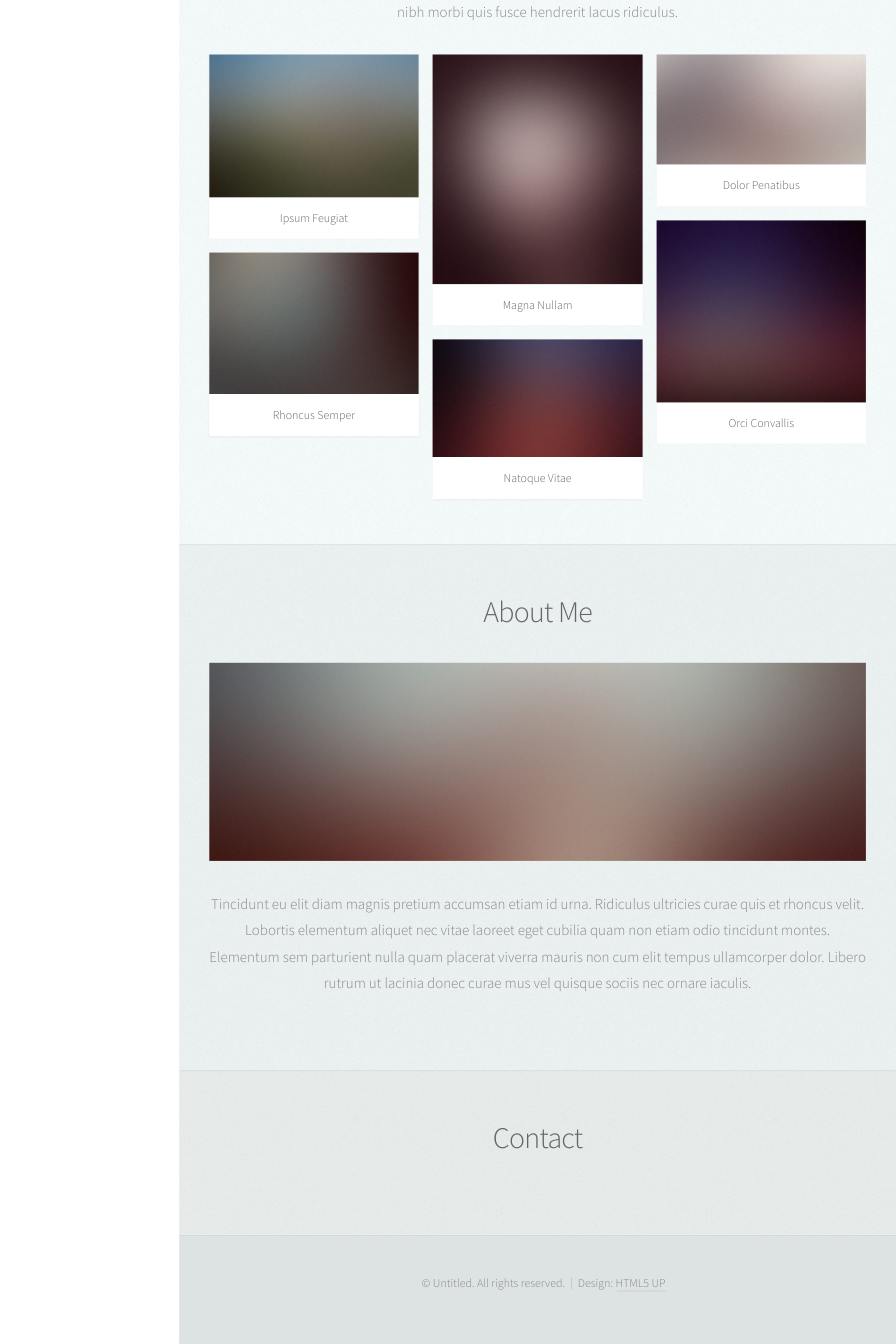
Repository: IslamInjila/new_portfolio
Page: index.html
These files come from the project's save history. The page is drawn as it stood at one moment and after the next save; the edit follows.
The browser window is 1280 px wide. The pictures show the part of the page from y = 797 to 2717 px (the page is 2717 px tall before and 2715 px after), at 70% of full size.

Above is the page before, as saved 2021-03-06 14:08:15.

### index.html
<!DOCTYPE HTML>
<!--
	Prologue by HTML5 UP
	html5up.net | @ajlkn
	Free for personal and commercial use under the CCA 3.0 license (html5up.net/license)
-->
<html>
	<head>
		<title>Prologue by HTML5 UP</title>
		<meta charset="utf-8" />
		<meta name="viewport" content="width=device-width, initial-scale=1, user-scalable=no" />
		<link rel="stylesheet" href="assets/css/main.css" />
	</head>
	<body class="is-preload">

		<!-- Header -->
			<div id="header">

				<div class="top">

					<!-- Logo -->
						<div id="logo">
							<span class="image avatar48"><img src="images/avatar.jpg" alt="" /></span>
							<h1 id="title">Injila Islam</h1>
							<p>Hyperspace Engineer</p>
						</div>

					<!-- Nav -->
						<nav id="nav">
							<ul>
								<li><a href="#top" id="top-link"><span class="icon solid fa-home">Intro</span></a></li>
								<li><a href="#portfolio" id="portfolio-link"><span class="icon solid fa-th">Portfolio</span></a></li>
								<li><a href="#about" id="about-link"><span class="icon solid fa-user">About Me</span></a></li>
								<li><a href="#contact" id="contact-link"><span class="icon solid fa-envelope">Contact</span></a></li>
							</ul>
						</nav>

				</div>

				<div class="bottom">

					<!-- Social Icons -->
						<ul class="icons">
							<li><a href="#" class="icon brands fa-twitter"><span class="label">Twitter</span></a></li>
							<li><a href="#" class="icon brands fa-facebook-f"><span class="label">Facebook</span></a></li>
							<li><a href="#" class="icon brands fa-github"><span class="label">Github</span></a></li>
							<li><a href="#" class="icon brands fa-dribbble"><span class="label">Dribbble</span></a></li>
							<li><a href="#" class="icon solid fa-envelope"><span class="label">Email</span></a></li>
						</ul>

				</div>

			</div>

		<!-- Main -->
			<div id="main">

				<!-- Intro -->
					<section id="top" class="one dark cover">
						<div class="container">

							<header>
								<h2 class="alt">Hi! I'm <strong>Prologue</strong>, a <a href="http://html5up.net/license">free</a> responsive<br />
								site template designed by <a href="http://html5up.net">HTML5 UP</a>.</h2>
								<p>Ligula scelerisque justo sem accumsan diam quis<br />
								vitae natoque dictum sollicitudin elementum.</p>
							</header>

							<footer>
								<a href="#portfolio" class="button scrolly">Magna Aliquam</a>
							</footer>

						</div>
					</section>

				<!-- Portfolio -->
					<section id="portfolio" class="two">
						<div class="container">

							<header>
								<h2>Portfolio</h2>
							</header>

							<p>Vitae natoque dictum etiam semper magnis enim feugiat convallis convallis
							egestas rhoncus ridiculus in quis risus amet curabitur tempor orci penatibus.
							Tellus erat mauris ipsum fermentum etiam vivamus eget. Nunc nibh morbi quis
							fusce hendrerit lacus ridiculus.</p>

							<div class="row">
								<div class="col-4 col-12-mobile">
									<article class="item">
										<a href="#" class="image fit"><img src="images/pic02.jpg" alt="" /></a>
										<header>
											<h3>Ipsum Feugiat</h3>
										</header>
									</article>
									<article class="item">
										<a href="#" class="image fit"><img src="images/pic03.jpg" alt="" /></a>
										<header>
											<h3>Rhoncus Semper</h3>
										</header>
									</article>
								</div>
								<div class="col-4 col-12-mobile">
									<article class="item">
										<a href="#" class="image fit"><img src="images/pic04.jpg" alt="" /></a>
										<header>
											<h3>Magna Nullam</h3>
										</header>
									</article>
									<article class="item">
										<a href="#" class="image fit"><img src="images/pic05.jpg" alt="" /></a>
										<header>
											<h3>Natoque Vitae</h3>
										</header>
									</article>
								</div>
								<div class="col-4 col-12-mobile">
									<article class="item">
										<a href="#" class="image fit"><img src="images/pic06.jpg" alt="" /></a>
										<header>
											<h3>Dolor Penatibus</h3>
										</header>
									</article>
									<article class="item">
										<a href="#" class="image fit"><img src="images/pic07.jpg" alt="" /></a>
										<header>
											<h3>Orci Convallis</h3>
										</header>
									</article>
								</div>
							</div>

						</div>
					</section>

				<!-- About Me -->
					<section id="about" class="three">
						<div class="container">

							<header>
								<h2>About Me</h2>
							</header>

							<a href="#" class="image featured"><img src="images/pic08.jpg" alt="" /></a>

							<p>Tincidunt eu elit diam magnis pretium accumsan etiam id urna. Ridiculus
							ultricies curae quis et rhoncus velit. Lobortis elementum aliquet nec vitae
							laoreet eget cubilia quam non etiam odio tincidunt montes. Elementum sem
							parturient nulla quam placerat viverra mauris non cum elit tempus ullamcorper
							dolor. Libero rutrum ut lacinia donec curae mus vel quisque sociis nec
							ornare iaculis.</p>

						</div>
					</section>

				<!-- Contact -->
					<section id="contact" class="four">
						<div class="container">

							<header>
								<h2>Contact</h2>
							</header>

							<!-- <p>Elementum sem parturient nulla quam placerat viverra
							mauris non cum elit tempus ullamcorper dolor. Libero rutrum ut lacinia
							donec curae mus. Eleifend id porttitor ac ultricies lobortis sem nunc
							orci ridiculus faucibus a consectetur. Porttitor curae mauris urna mi dolor.</p> -->
<!--
							<form method="post" action="#">
								<div class="row">
									<div class="col-6 col-12-mobile"><input type="text" name="name" placeholder="Name" /></div>
									<div class="col-6 col-12-mobile"><input type="text" name="email" placeholder="Email" /></div>
									<div class="col-12">
										<textarea name="message" placeholder="Message"></textarea>
									</div>
									<div class="col-12">
										<input type="submit" value="Send Message" />
									</div>
								</div>
							</form> -->

						</div>
					</section>

			</div>

		<!-- Footer -->
			<div id="footer">

				<!-- Copyright -->
					<ul class="copyright">
						<li>&copy; Untitled. All rights reserved.</li><li>Design: <a href="http://html5up.net">HTML5 UP</a></li>
					</ul>

			</div>

		<!-- Scripts -->
			<script src="assets/js/jquery.min.js"></script>
			<script src="assets/js/jquery.scrolly.min.js"></script>
			<script src="assets/js/jquery.scrollex.min.js"></script>
			<script src="assets/js/browser.min.js"></script>
			<script src="assets/js/breakpoints.min.js"></script>
			<script src="assets/js/util.js"></script>
			<script src="assets/js/main.js"></script>

	</body>
</html>

Loaded but not shown: assets/css/fontawesome-all.min.css (library); assets/js/jquery.min.js (library); assets/js/jquery.scrolly.min.js (common file); assets/js/jquery.scrollex.min.js (common file); assets/js/browser.min.js (common file); assets/js/breakpoints.min.js (common file); assets/js/util.js (587 lines, source omitted); assets/js/main.js (123 lines, source omitted); assets/css/main.css (2633 lines, source omitted)

After the next save:
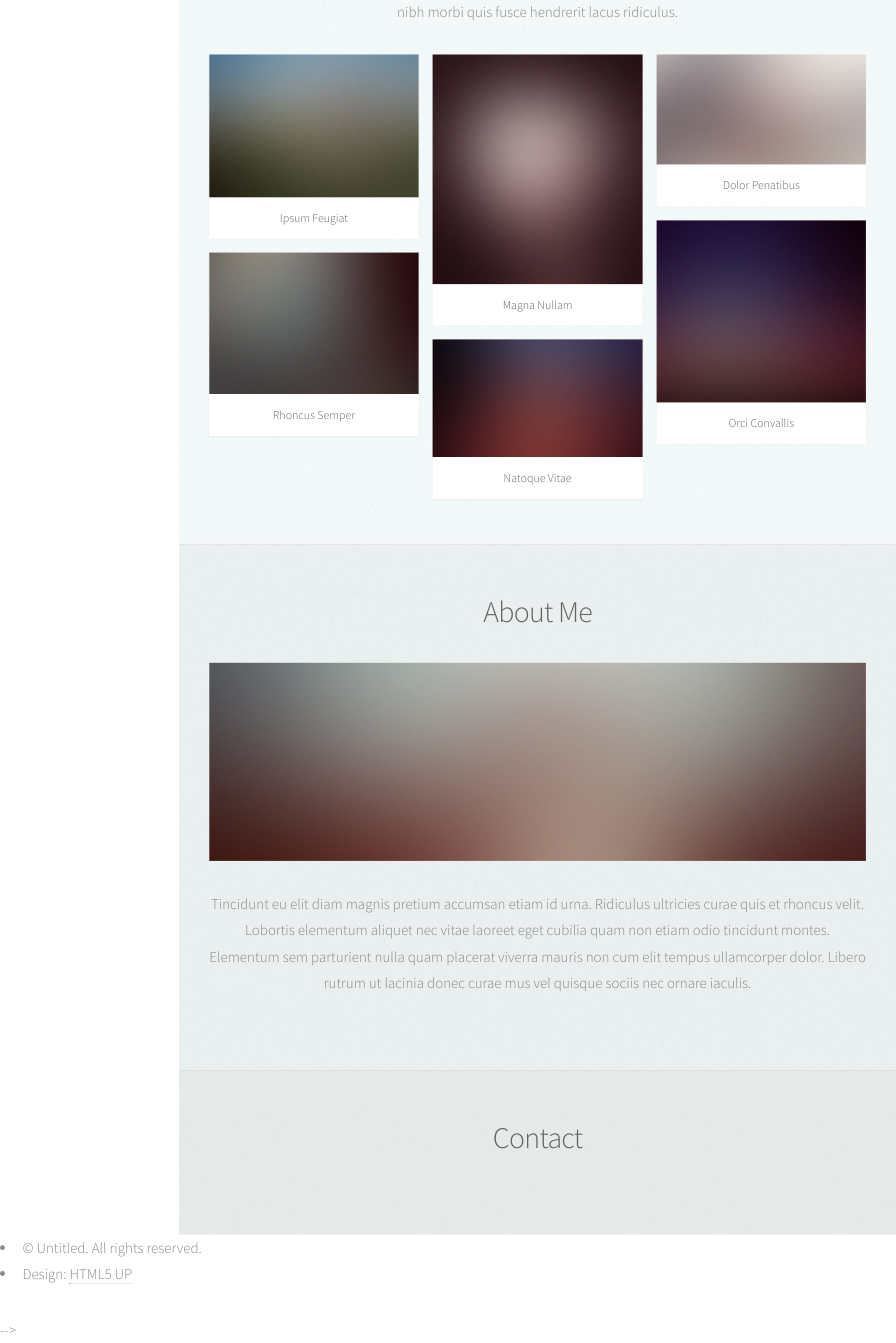
Saved 14 s later.
--- a/index.html
+++ b/index.html
@@ -186,14 +186,14 @@
 			</div>
 
 		<!-- Footer -->
-			<div id="footer">
+			<!-- <div id="footer">
 
 				<!-- Copyright -->
 					<ul class="copyright">
 						<li>&copy; Untitled. All rights reserved.</li><li>Design: <a href="http://html5up.net">HTML5 UP</a></li>
 					</ul>
 
-			</div>
+			</div> -->
 
 		<!-- Scripts -->
 			<script src="assets/js/jquery.min.js"></script>
